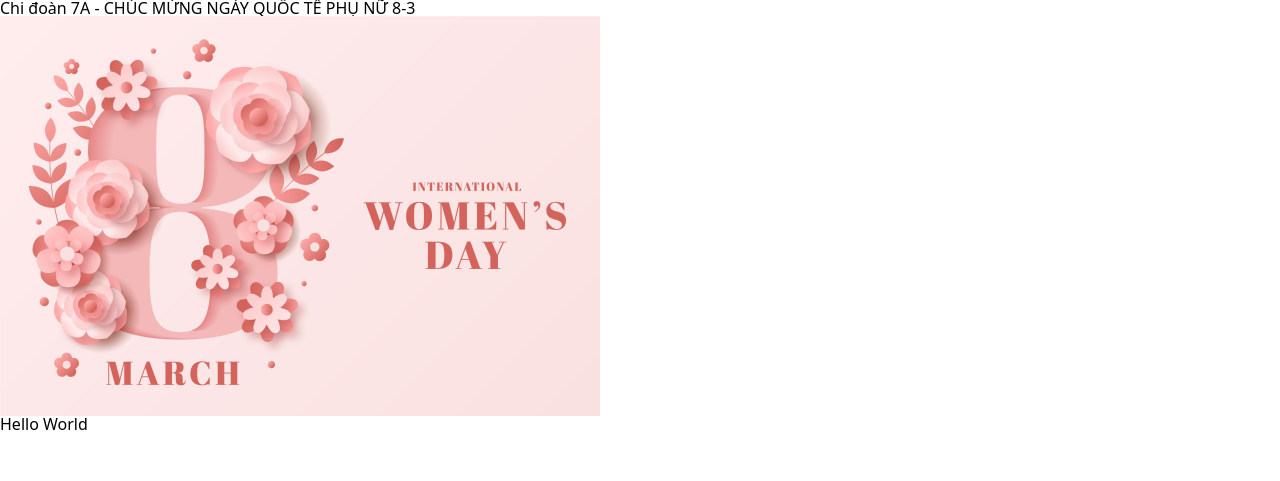
Repository: hoang0508/web-837A
Page: /
An editor plug-in stored every save of this project. The page is shown before and after the next save, followed by the edit.
The browser window is 1280 px wide. The pictures show the whole page.
Some web fonts or font styles are not loaded; a fallback is used. The project was rebuilt for these pictures with package versions that can differ from the ones it lists, and the page was loaded fresh each time. Also part of the build but not shown: vite.config.js.

Above is the page before, as saved 2025-02-28 18:08:04.

### index.html
<!DOCTYPE html>
<html lang="en">
  <head>
    <meta charset="UTF-8" />
    <link rel="icon" type="image/svg+xml" href="/vite.svg" />
    <meta name="viewport" content="width=device-width, initial-scale=1.0" />
    <link rel="preconnect" href="https://fonts.googleapis.com" />
    <link rel="preconnect" href="https://fonts.gstatic.com" crossorigin />
    <link
      href="https://fonts.googleapis.com/css2?family=Bai+Jamjuree:ital,wght@0,200;0,300;0,400;0,500;0,600;0,700;1,200;1,300;1,400;1,500;1,600;1,700&family=Montserrat:ital,wght@0,100..900;1,100..900&display=swap"
      rel="stylesheet"
    />
    <title>Vite + React</title>
  </head>
  <body>
    <div id="root"></div>
    <script type="module" src="/src/main.jsx"></script>
  </body>
</html>

### src/index.css
@import url("https://fonts.googleapis.com/css2?family=Bai+Jamjuree:ital,wght@0,200;0,300;0,400;0,500;0,600;0,700;1,200;1,300;1,400;1,500;1,600;1,700&family=Montserrat:ital,wght@0,100..900;1,100..900&display=swap");
@tailwind base;
@tailwind components;
@tailwind utilities;
*,
*:before,
*:after {
  box-sizing: border-box;
}

img,
picture,
svg,
video {
  display: block;
  max-width: 100%;
}
input,
select,
textarea {
  background-color: transparent;
  outline: none;
}
button {
  cursor: pointer;
  background-color: transparent;
  outline: none;
  border: 0;
}
body {
  min-height: 100vh;
  font-weight: 400;
  font-size: 16px;
  line-height: 1;
}

### src/App.jsx
import { useState } from "react";
import reactLogo from "./assets/react.svg";
import anh83 from "./assets/anh832.png";

import "./index.css";

function App() {
  const [count, setCount] = useState(0);

  return (
    <>
      <div className="text-2xl font-bold  bg-pink-200 min-h-screen p-10">
        <div className="bg-white shadow-3xl w-[800px] p-3 my-0 mx-auto rounded-2xl">
          <h1 className="text-center text-red-400 p-5 uppercase">
            Chi đoàn 7A - CHÚC MỪNG NGÀY QUỐC TẾ PHỤ NỮ 8-3
          </h1>
          <div className="mx-auto w-[500px] h-[300px]">
            <img
              src={anh83}
              alt="##"
              className="w-full h-full object-cover rounded-2xl"
            />
          </div>
          <div class="flex min-h-screen items-center justify-center bg-gradient-to-tr to-blue-400 from-green-500 p-10">
            <div class="w-max">
              <h1 class="animate-typing overflow-hidden whitespace-nowrap border-r-4 border-r-white pr-5 text-5xl text-white font-bold">
                Hello World
              </h1>
            </div>
          </div>
        </div>
      </div>
    </>
  );
}

export default App;

### tailwind.config.js
/** @type {import('tailwindcss').Config} */
module.exports = {
  theme: {
    extend: {
      keyframes: {
        typing: {
          "0%": {
            width: "0%",
            visibility: "hidden",
          },
          "100%": {
            width: "100%",
          },
        },
        blink: {
          "50%": {
            borderColor: "transparent",
          },
          "100%": {
            borderColor: "white",
          },
        },
      },
      animation: {
        typing: "typing 2s steps(20) infinite alternate, blink .7s infinite",
      },
    },
  },
  plugins: [],
};

Loaded but not shown: src/main.jsx (common file)

After the next save:
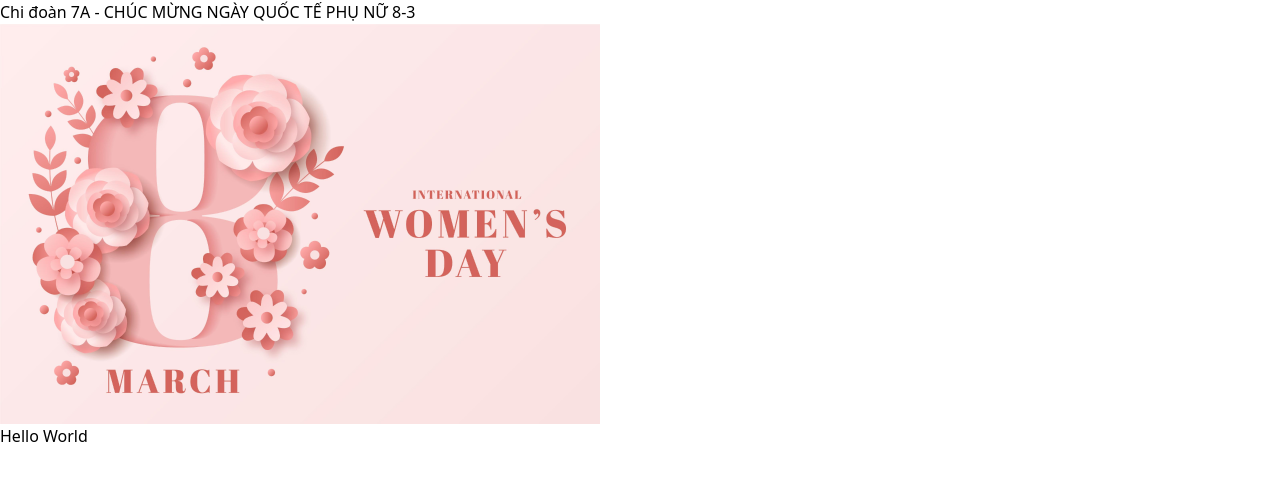
Saved 3 min 7 s later.
--- a/src/index.css
+++ b/src/index.css
@@ -2,7 +2,7 @@
 @tailwind base;
 @tailwind components;
 @tailwind utilities;
-*,
+/* *,
 *:before,
 *:after {
   box-sizing: border-box;
@@ -32,4 +32,4 @@ body {
   font-weight: 400;
   font-size: 16px;
   line-height: 1;
-}
+} */
